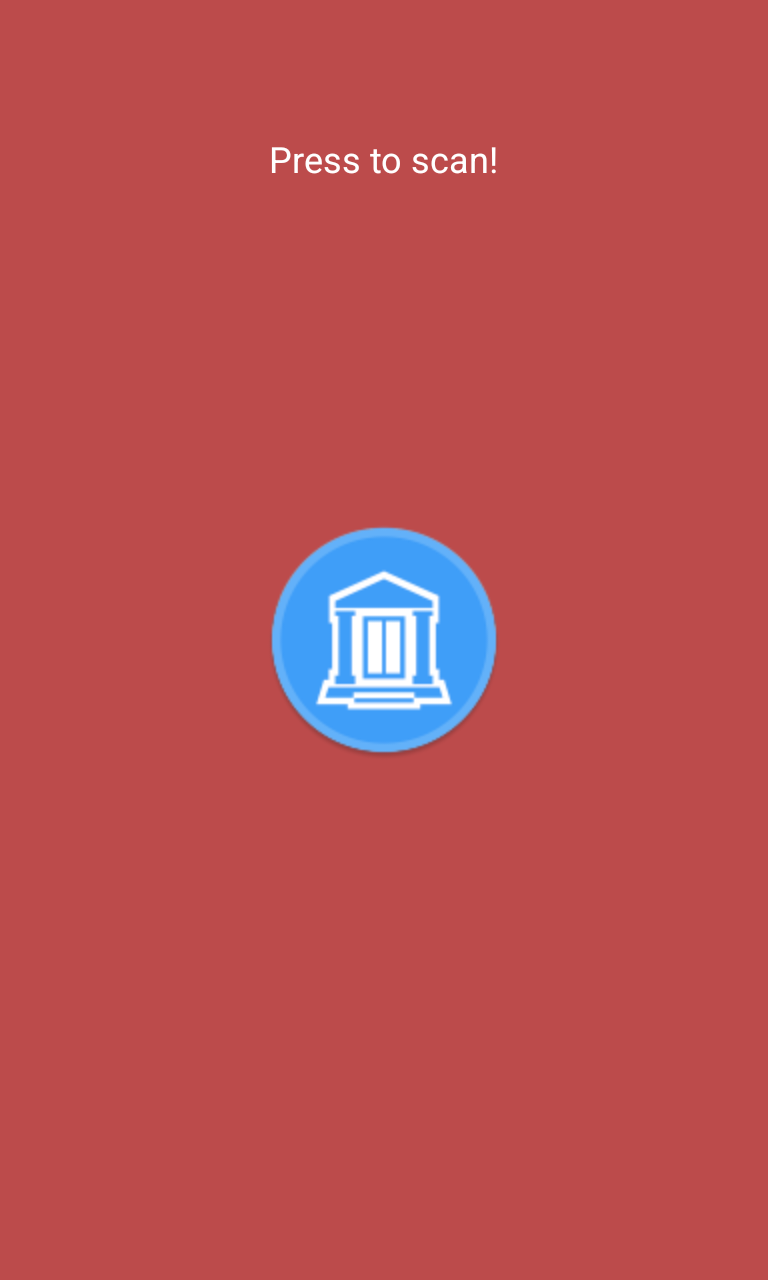
Repository: Kitsopappas/QBIReader
Layout: QBIReader/res/layout/activity_main.xml
An editor plug-in stored every save of this project. The layout is shown before and after the next save, followed by the edit.
It is drawn on a 768 x 1280 px phone screen (xhdpi) without system bars, with theme AppTheme; the app's code is not run.

Above is the layout before, as saved 2015-03-19 14:44:16.

After the next save:
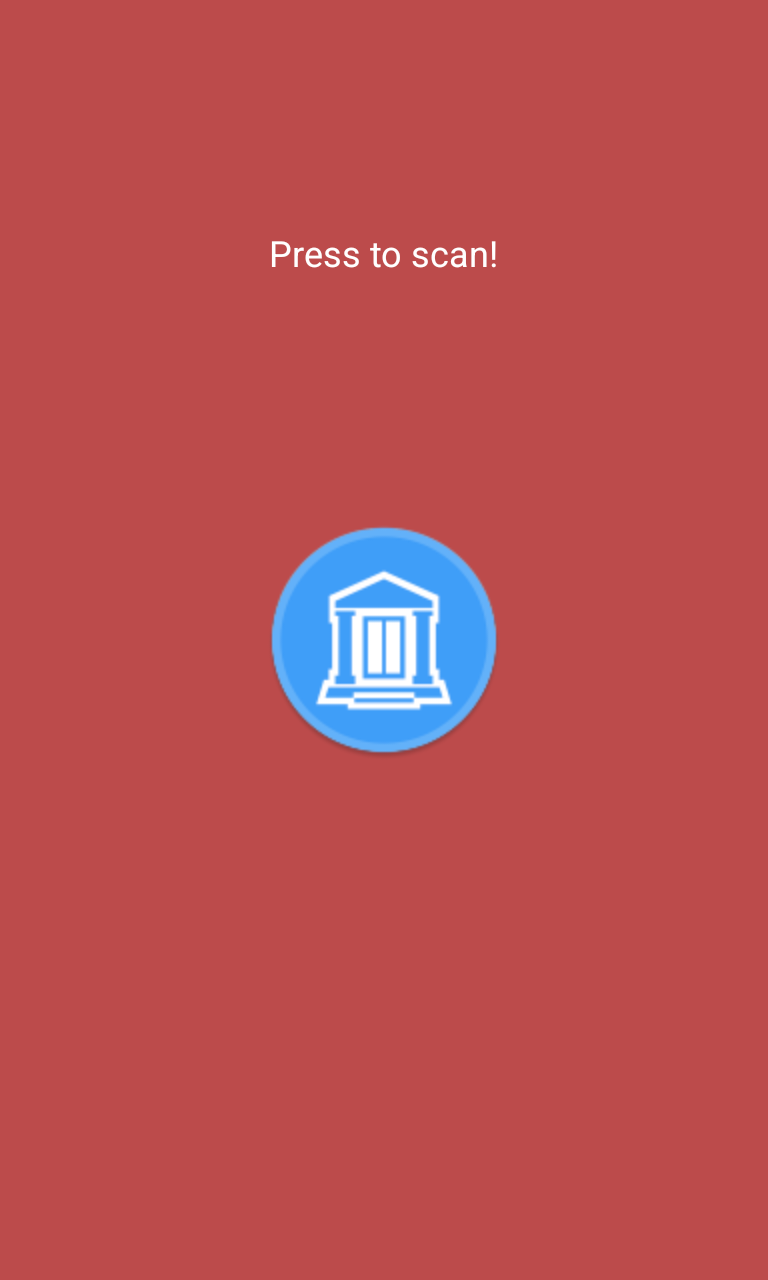
Saved 54 s later.
--- a/QBIReader/res/layout/activity_main.xml
+++ b/QBIReader/res/layout/activity_main.xml
@@ -15,7 +15,7 @@
         android:layout_height="wrap_content"
         android:layout_alignParentTop="true"
         android:layout_centerHorizontal="true"
-        android:layout_marginTop="51dp"
+        android:layout_marginTop="98dp"
         android:text="@string/pts"
         android:textAppearance="?android:attr/textAppearanceMedium"
         android:textColor="#ffffff" />
@@ -24,9 +24,10 @@
         android:id="@+id/imageButton1"
         android:layout_width="wrap_content"
         android:layout_height="wrap_content"
-        android:background="#00000000"
+        android:contentDescription="@string/pts"
         android:layout_centerHorizontal="true"
         android:layout_centerVertical="true"
+        android:background="#00000000"
         android:src="@drawable/scan" />
 
 </RelativeLayout>
